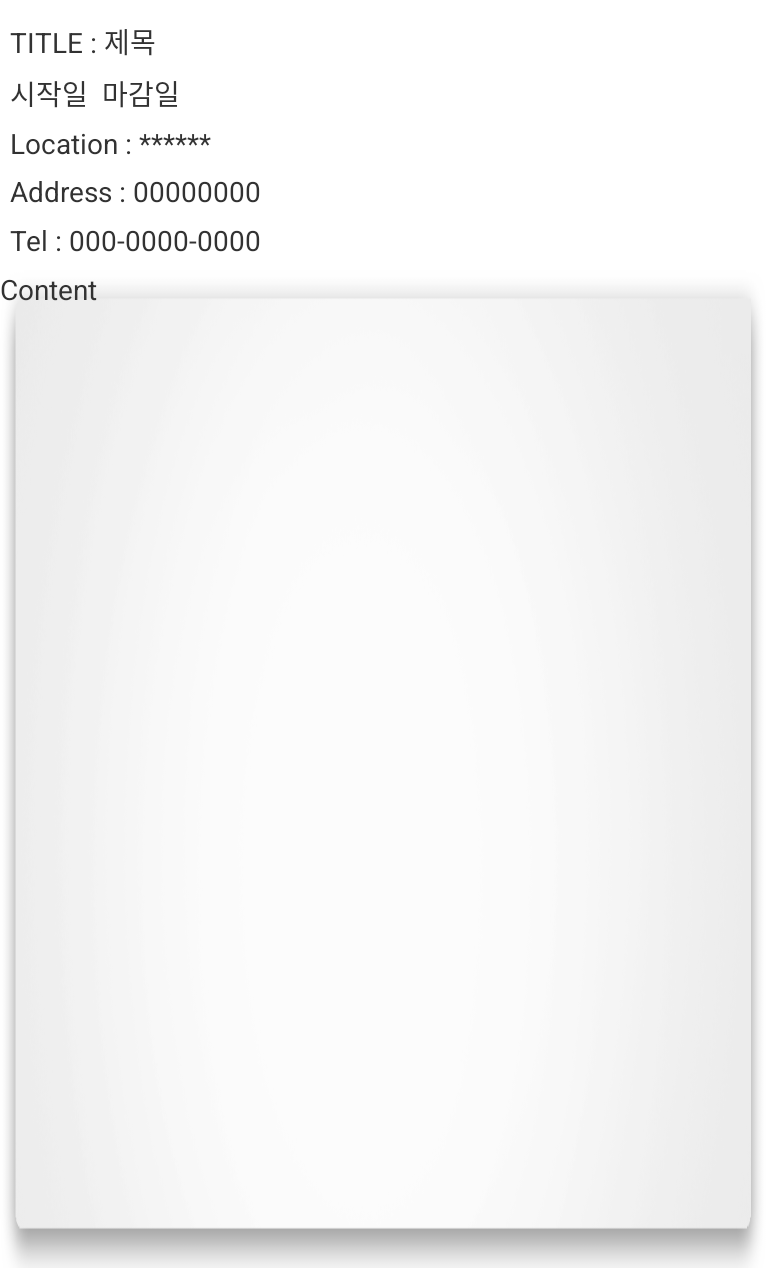
Repository: chlduq04/java
Layout: Culturemap/res/layout/detail.xml
These files come from the project's save history. The layout is drawn as it stood at one moment and after the next save; the edit follows.
It is drawn on a 768 x 1280 px phone screen (xhdpi) without system bars, with theme AppTheme; the app's code is not run.

Above is the layout before, as saved 2012-07-23 07:05:27.

After the next save:
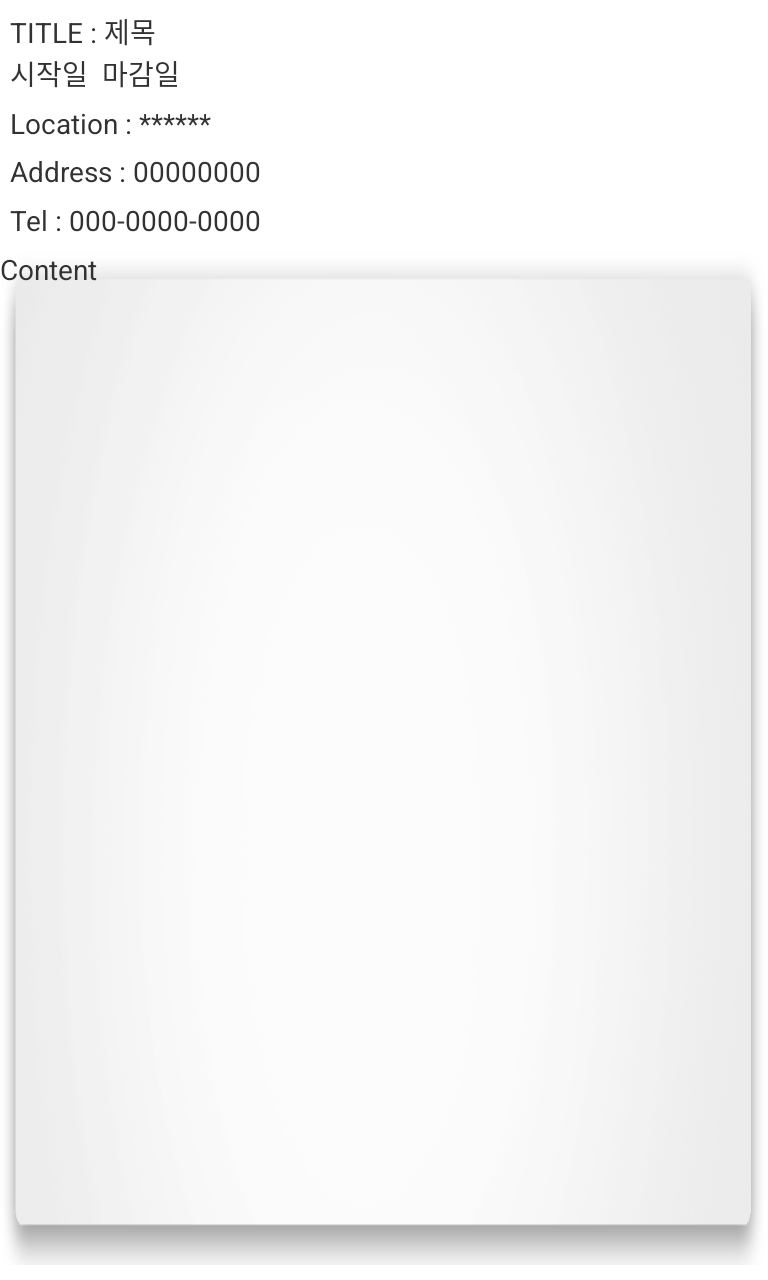
Saved 23 s later.
--- a/Culturemap/res/layout/detail.xml
+++ b/Culturemap/res/layout/detail.xml
@@ -14,8 +14,7 @@
         <LinearLayout
             android:layout_width="fill_parent"
             android:layout_height="wrap_content"
-            android:layout_weight="1"
-            android:paddingTop="5dip" >
+            android:layout_weight="1">
 
             <TextView
                 android:layout_width="wrap_content"
@@ -34,7 +33,7 @@
             android:layout_width="fill_parent"
             android:layout_height="wrap_content"
             android:layout_weight="1"
-            android:paddingTop="5dip" >
+            >
 
             <TextView
                 android:layout_width="wrap_content"
